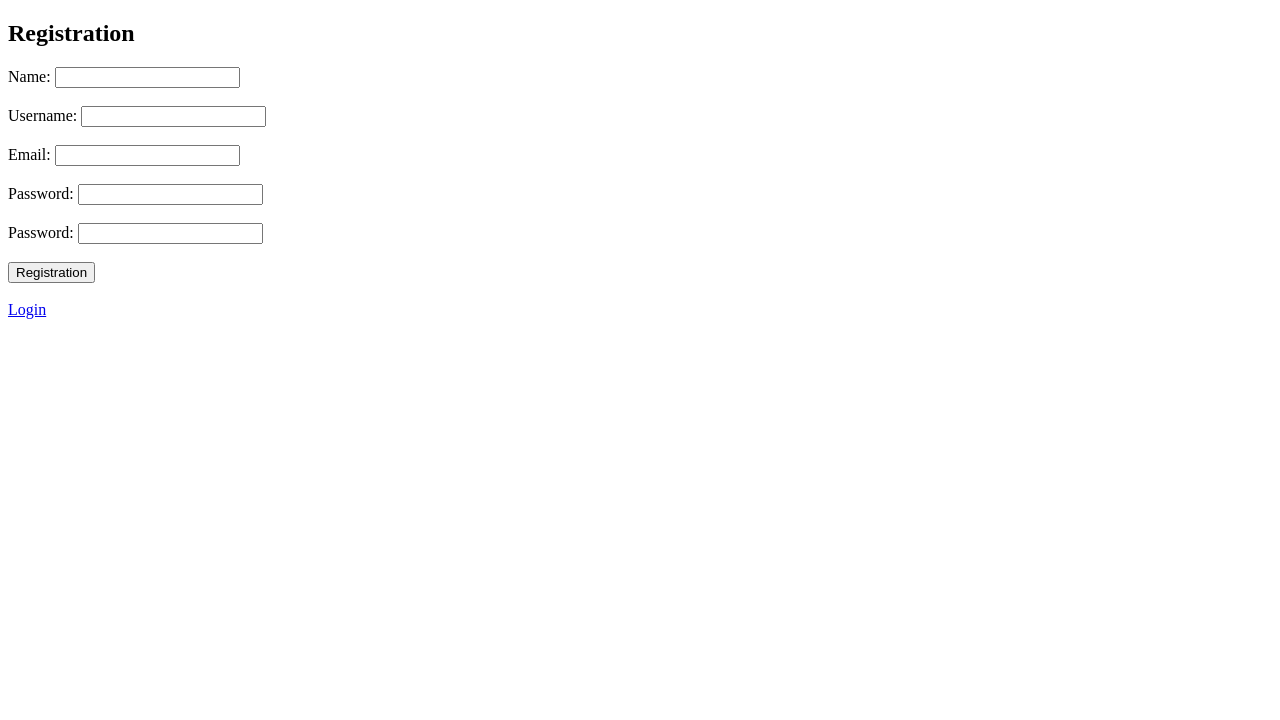
Repository: Acharya-Keerthana/Education
Page: http://localhost/registration.php
The author's editor kept a copy of each file at every save. The page is drawn from the files as they stood at one save, then again after the next save.
The browser window is 1280 px wide. The pictures show the whole page.
The page is run by PHP 8.4 with error messages shown; the project is at /var/www/html/.

Above is the page before, as saved 2024-04-11 19:59:14.

### reglog/registration.php
<?php
require 'config.php';
if(isset($_POST["submit"])){
    $name=$_POST["name"];
    $username=$_POST["username"];
    $email=$_POST["email"];
    $password=$_POST["password"];
    $confirmpassword =$_POST["comfirmpassword"];
    $duplicate = mysqli_query($conn, "SELECT * FROM tb_user WHERE username = '$username' OR email='$email'");
    if(mysqli_num_rows($duplicate)>0){
        echo "<script> alert('Username or Email Has Already Taken'); </script>";
    }
    else{
        if($password == $confirmpassword){
            $query = "INSERT INTO tb_user VALUES('','$name','$username','$email','$password')";
            mysqli_query($conn,$query);
            echo "<script> alert('Registration successful'); </script>";
        }
        else{
            echo "<script> alert('Password Doesn't match'); </script>";
        }
    }
}
?>

<!DOCTYPE html>
<html lang="en">
<head>
    <meta charset="UTF-8">
    <meta name="viewport" content="width=device-width, initial-scale=1.0">
    <title>Registration</title>

</head>
<body>
    <h2>Registration</h2>
    <form action="" class="" method="post" autocomplete="off">
    <label for="name">Name:</label>
    <input type="text" name="name" id="name"  required value=""><br><br>
    <label for="username">Username:</label>
    <input type="text" name="usernamename" id="username"  required value=""><br><br>
    <label for="email">Email:</label>
    <input type="email" name="email" id="email"  required value=""><br><br>
    <label for="password">Password:</label>
    <input type="password" name="password" id="password"  required value=""><br><br>
    <label for="comfirmpassword">Password:</label>
    <input type="password" name="comfirmpassword" id="comfirmpassword"  required value=""><br><br>
    <button type="submit" name="submit">Registration</button>
    </form><br>
    <a href="login.php">Login</a>
</body>
</html>

### reglog/config.php
<?php
session_start();
$conn=mysqli_connect("localhost","root","","db");
?>

After the next save:
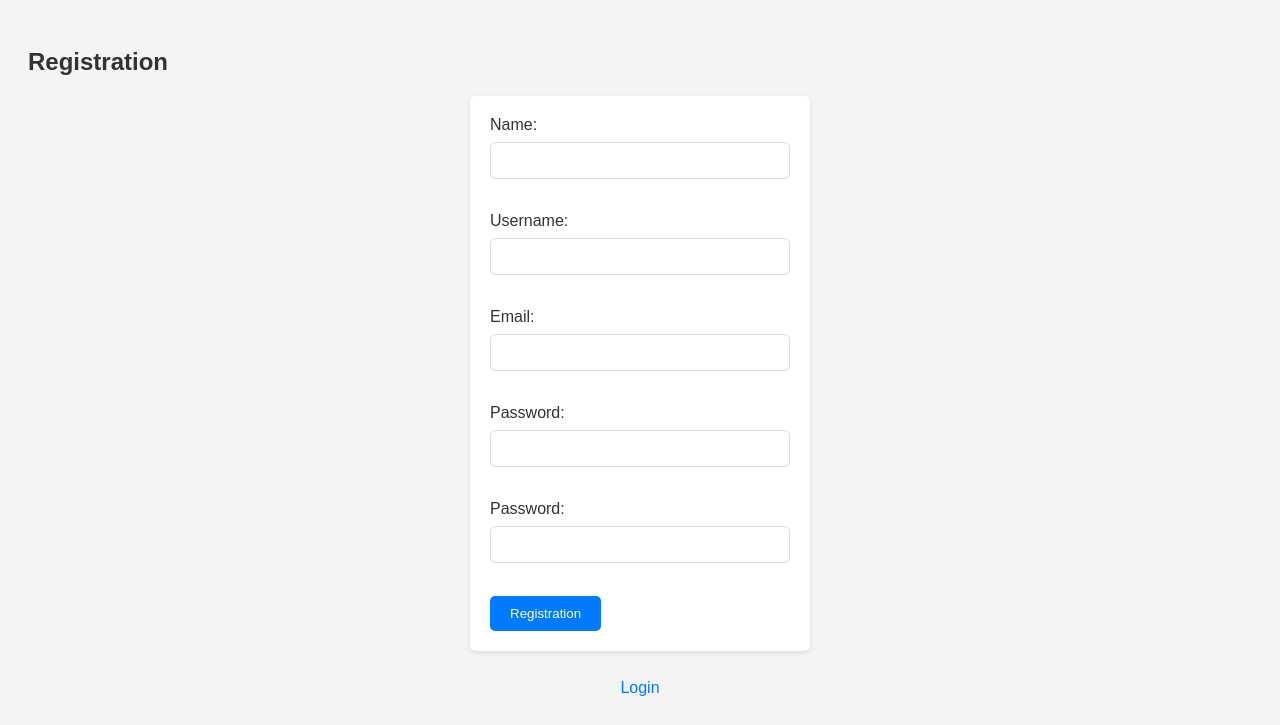
Saved 75 s later.
--- a/reglog/registration.php
+++ b/reglog/registration.php
@@ -29,7 +29,60 @@ if(isset($_POST["submit"])){
     <meta charset="UTF-8">
     <meta name="viewport" content="width=device-width, initial-scale=1.0">
     <title>Registration</title>
-
+    <style>
+        body {
+            font-family: Arial, sans-serif;
+            background-color: #f4f4f4;
+            padding: 20px;
+        }
+        h2 {
+            color: #333;
+        }
+        form {
+            background-color: #fff;
+            padding: 20px;
+            border-radius: 5px;
+            box-shadow: 0 2px 5px rgba(0, 0, 0, 0.1);
+            width: 300px;
+            margin: 0 auto;
+        }
+        label {
+            display: block;
+            margin-bottom: 8px;
+            color: #333;
+        }
+        input[type="text"],
+        input[type="email"],
+        input[type="password"] {
+            width: 100%;
+            padding: 10px;
+            margin-bottom: 15px;
+            border: 1px solid #ddd;
+            border-radius: 5px;
+            box-sizing: border-box;
+        }
+        button {
+            background-color: #007bff;
+            color: #fff;
+            padding: 10px 20px;
+            border: none;
+            border-radius: 5px;
+            cursor: pointer;
+        }
+        button:hover {
+            background-color: #0056b3;
+        }
+        a {
+            display: block;
+            text-align: center;
+            margin-top: 10px;
+            color: #007bff;
+            text-decoration: none;
+        }
+        a:hover {
+            text-decoration: underline;
+        }
+    </style>
 </head>
 <body>
     <h2>Registration</h2>
